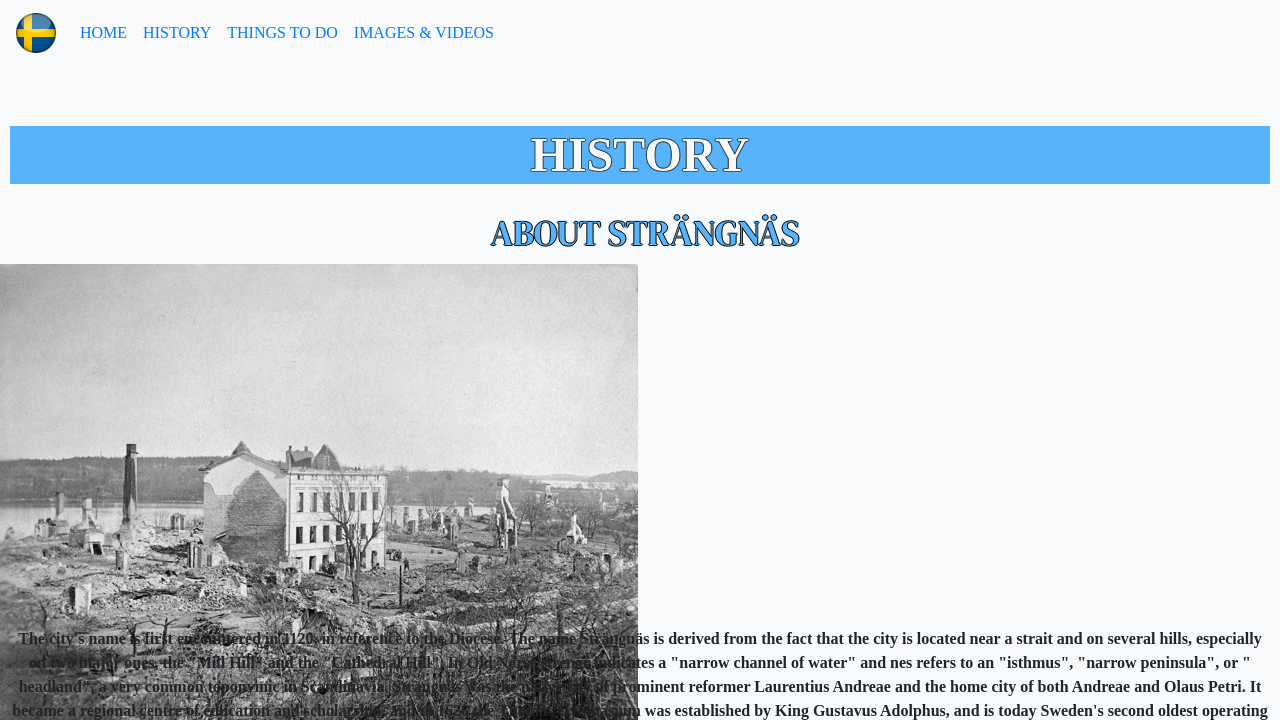
Repository: kososwede/first-project
Page: history.html
The author's editor kept a record of every edit. The page is drawn from the files as they stood at one moment, then again after the next edit.
The browser window is 1280 px wide. The pictures show the whole page.
An inner scrolling area shows only its first screen. Some web fonts or font styles are not loaded; a fallback is used.

Above is the page before.

### history.html
<!DOCTYPE html>
<html lang="en">

<head>
  <meta charset="UTF-8">
  <meta name="viewport" content="width=device-width, initial-scale=1.0">
  <meta http-equiv="X-UA-Compatible" content="ie=edge">
  <link rel="stylesheet" href="https://stackpath.bootstrapcdn.com/bootstrap/4.3.1/css/bootstrap.min.css" integrity="sha384-ggOyR0iXCbMQv3Xipma34MD+dH/1fQ784/j6cY/iJTQUOhcWr7x9JvoRxT2MZw1T" crossorigin="anonymous">
  <link rel="stylesheet" href="https://stackpath.bootstrapcdn.com/font-awesome/4.7.0/css/font-awesome.min.css" type="text/css" />
  <link rel="stylesheet" href="https://cdnjs.cloudflare.com/ajax/libs/ionicons/2.0.1/css/ionicons.min.css">
  <link rel="stylesheet" href="https://cdnjs.cloudflare.com/ajax/libs/hover.css/2.3.1/css/hover-min.css" integrity="sha256-c+C87jupO1otD1I5uyxV68WmSLCqtIoNlcHLXtzLCT0=" crossorigin="anonymous" />
  <link rel="stylesheet" href="assets/css/style.css" type="text/css" />
  <title>Welcome To Strängnäs</title>
  <title>Document</title>
</head>

<body>

  <!----------------------header-------------------------->

  <!----------nav------->

  <nav class="navbar navbar-expand-lg navbar-light bg-light">
    <a class="navbar-brand" href="index.html"><img class="image-size" src="assets/images/sweden-flag-png-1.png"></img></a>
    <button class="navbar-toggler" type="button" data-toggle="collapse" data-target="#navbarNavAltMarkup" aria-controls="navbarNavAltMarkup" aria-expanded="false" aria-label="Toggle navigation">
    <span class="navbar-toggler-icon"></span>
  </button>
    <div class="collapse navbar-collapse" id="navbarNavAltMarkup">
      <div class="navbar-nav">
        <a class="nav-item nav-link text-primary" href="index.html">HOME<span class="sr-only">(current)</span></a>
        <a class="nav-item nav-link text-primary" href="history.html">HISTORY</a>
        <a class="nav-item nav-link text-primary" href="places.html">THINGS TO DO</a>
        <a class="nav-item nav-link text-primary" href="images+videos.html">IMAGES & VIDEOS</a>
      </div>
    </div>
  </nav>



  <!---------------main------------------------------------>
  <div id="container">
    <h1 class="to-do">HISTORY</h1>
    <h2 class="to-do-sub-head1">ABOUT STRÄNGNÄS</h2>
    <div class="row">
      <div class="col-6">
        <img src="assets/images/history pic1.jpg" class="rounded float-center img-fluid"></img>
      </div>
      <div class="col-12">
        <p>The city's name is first encountered in 1120, in reference to the Diocese. The name Strängnäs is derived from the fact that the city is located near a strait and on several hills, especially on two major ones, the "Mill Hill" and the "Cathedral Hill". In Old Norse strengr indicates a "narrow channel of water" and nes refers to an "isthmus", "narrow peninsula", or " headland", a very common toponymic in Scandinavia. Strängnäs was the native city of prominent reformer Laurentius Andreae and the home city of both Andreae and Olaus Petri. It became a regional centre of education and scholarship, and in 1626 the Thomas Gymnasium was established by King Gustavus
          Adolphus, and is today Sweden's second oldest operating gymnasium.
        </p>
      </div>
      <div class="col-6">
        <img src="assets/images/history3.jpg" class="rounded float-center img-fluid"></img>
      </div>


      <div class="col-12">
        <p>The urban and economic development of Strängnäs seems to have slowed after the Reformation, only flourishing temporarily with the arrival of energetic bishops. The city was slow to engage with the 19th century industrial development and investment found in other areas. A significant fire in 1871 led to large-scale reconstruction of the city, from which time its current appearance stems.
        </p>
        <div class="col-12">
        <img src="assets/images/history pic2.jpg" class="rounded float-center img-fluid"></img>
      </div>

      </div>
    </div>
    <hr>
  </div>


  <!----------------------footer------------------------>
  <div class="footer-basic">
    <footer>
      <div class="social"><a href="#"><i class="icon ion-social-instagram"></i></a><a href="#"><i class="icon ion-social-snapchat"></i></a><a href="#"><i class="icon ion-social-twitter"></i></a><a href="#"><i class="icon ion-social-facebook"></i></a></div>
      <h2>For more information about Strängnäs and the surrounding area search for "Södermanland" in the social media links above or enter your Email below to receive up to date offers and discounts on activities and restaurants in the whole of Södermanland.</h3>
        <form class="form-inline justify-content-center">
          <div class="form-group">
            <input type="email" class="form-control" id="email" aria-describedby="emailHelp" placeholder="Enter email">
            <button type="submit" class="btn btn-primary">Submit</button>
          </div>
        </form>

    </footer>
    <p class="copyright">Chris McIlgrew © 2019</p>

  </div>





  <script src="https://code.jquery.com/jquery-3.3.1.slim.min.js" integrity="sha384-q8i/X+965DzO0rT7abK41JStQIAqVgRVzpbzo5smXKp4YfRvH+8abtTE1Pi6jizo" crossorigin="anonymous"></script>
  <script src="https://cdnjs.cloudflare.com/ajax/libs/popper.js/1.14.7/umd/popper.min.js" integrity="sha384-UO2eT0CpHqdSJQ6hJty5KVphtPhzWj9WO1clHTMGa3JDZwrnQq4sF86dIHNDz0W1" crossorigin="anonymous"></script>
  <script src="https://stackpath.bootstrapcdn.com/bootstrap/4.3.1/js/bootstrap.min.js" integrity="sha384-JjSmVgyd0p3pXB1rRibZUAYoIIy6OrQ6VrjIEaFf/nJGzIxFDsf4x0xIM+B07jRM" crossorigin="anonymous"></script>
</body>

</html>

### assets/css/style.css
@import url('https://fonts.googleapis.com/css?family=Sniglet&display=swap');
@import url('https://fonts.googleapis.com/css?family=Courgette&display=swap');
@import url('https://fonts.googleapis.com/css?family=DM+Serif+Display&display=swap');
body,
html {
    width: 100%;
    height: 100%;
    overflow-x: hidden;
}

body {
    font-family: 'Source Sans Pro';

}
 navbar {
     margin-right: 10px;
 }


.image-size {
    height: 40px;
}


.masthead {
    min-height: 30rem;
    position: relative;
    display: table;
    width: 100%;
    height: 100%;
    padding-top: 0rem;
    padding-bottom: 0rem;
    background: -webkit-gradient(linear, left top, right top, from(rgba(255, 255, 255, 0.1)), to(rgba(255, 255, 255, 0.1))), url("../images/viewofstrangnas.jpg");
    background: linear-gradient(90deg, rgba(255, 255, 255, 0.1) 0%, rgba(255, 255, 255, 0.1) 100%), url("../images/viewofstrangnas.jpg");
    background-image: url(../images/viewofstrangnas.jpg);
    background-position: center center;
    background-repeat: no-repeat;
    background-size: cover;

}

h1 {
    font-weight: bolder;
    color: #dece0e;
    text-shadow: #000 0px 0px 1px, #000 0px 0px 1px, #000 0px 0px 1px,
    #000 0px 0px 1px, #000 0px 0px 1px, #000 0px 0px 1px;
    font-size: 3rem;

}

h3 {
    color: #fff;
    text-shadow: #000 0px 0px 1px, #000 0px 0px 1px, #000 0px 0px 1px,
    #000 0px 0px 1px, #000 0px 0px 1px, #000 0px 0px 1px;
}



/*-------------------------------------places-------------------------*/

.to-do {
    color: #f8f9fa;
    background-color: #56b3fc;
    text-align: center;
    margin-top: 50px;

}

.to-do-sub-head1 {
    font-family: 'DM Serif Display', serif;
    padding-left: 10px;
    padding-top: 20px;
    font-size: 35px;
    color: #56b3fc ;
     text-shadow: -1px 0 black, 0 1px black, 1px 0 black, 0 -1px black;
}





#container {
    padding: 10px;
    margin-left: 0px;
    margin-right: 0px;
    display: inline-block;
    text-align: center;
    background-color: #f8f9fa;
}

.img.fluid {
    max-width: 100%;
    height: auto;
}

.col-6 {
    padding: 2px;
    text-align: center;
    height: 365px;
    width: 550px;
}


p {
    font-weight: bold;
}

hr {
    width: 50%;
}

/*-----------------------------------------footer--*/

.footer-basic {
    padding: 0px 0;
    background-color: #f8f9fa;
    color: #4b4c4d;
}

.footer-basic ul {
    padding-left: 50px;
    padding-right: 50px;
    list-style: none;
    text-align: center;
    font-size: 18px;
    line-height: 1.6;
    margin-bottom: 0;
}

.footer-basic li {
    padding: 0 10px;
}

.footer-basic ul a {
    color: inherit;
    text-decoration: none;
    opacity: 0.8;
}

.footer-basic ul a:hover {
    opacity: 1;
}

.footer-basic .social {
    text-align: center;
    padding-bottom: 25px;
    padding-top: 25px;
}

.footer-basic .social>a {
    font-size: 24px;
    width: 40px;
    height: 40px;
    line-height: 40px;
    display: inline-block;
    text-align: center;
    border-radius: 50%;
    border: 1px solid #ccc;
    margin: 0 8px;
    color: inherit;
    opacity: 0.75;

}

.footer-basic .social>a:hover {
    opacity: 0.9;
}

.footer-basic .copyright {
    margin-top: 15px;
    text-align: center;
    font-size: 13px;
    color: #aaa;
    margin-bottom: 0;
    padding-bottom: 15px;
}

.footer-basic h2 {
    font-size: 25px;
    font-style: italic;
    margin-left: 50px;
    margin-right: 50px;
    text-align: center;
}

btn {
    margin-top: 0;
}

/*-----------------------------history---*/

.col-lg-6 {
padding: 0;
margin: 0;
}

.content-section {
 padding-top: 0px;
 padding-right: 0;
 background-color: royalblue;


}

.history-color {
 color: #fff;
 text-decoration: underline yellow;
 }

  .col-lg-4 {
  width: 100%;
 }

After the next edit:
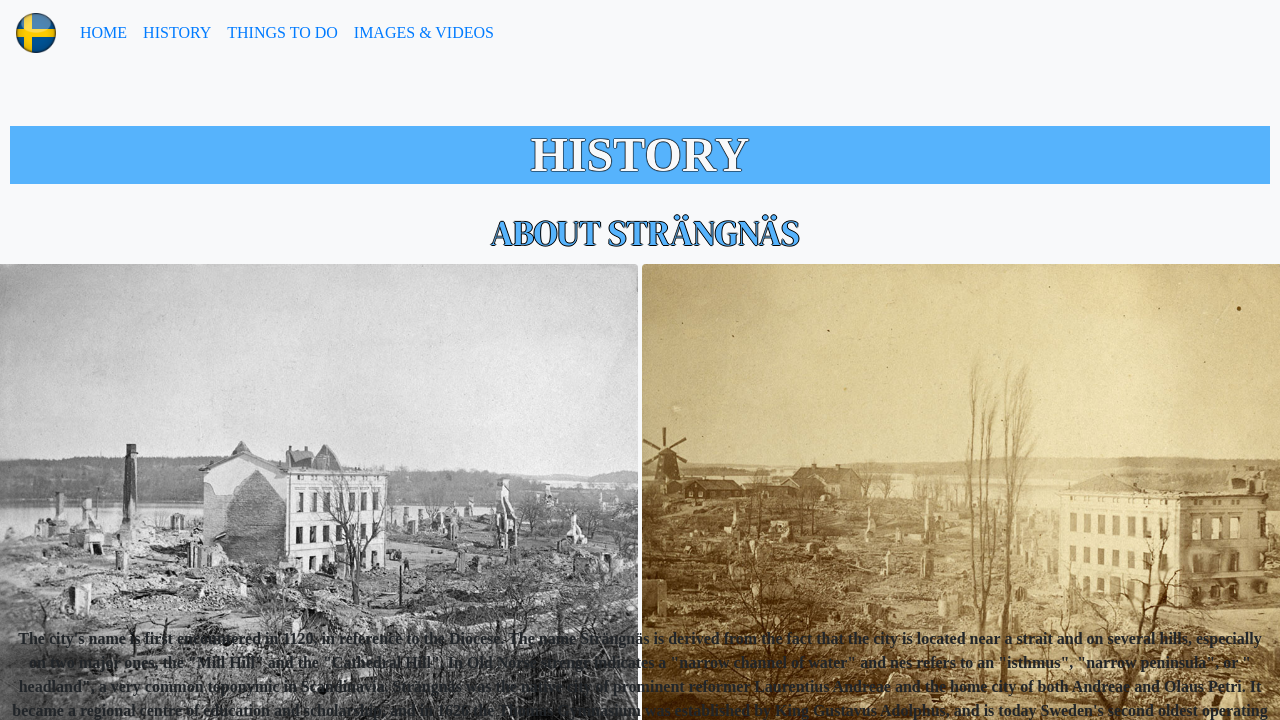
The edit:
--- a/history.html
+++ b/history.html
@@ -44,6 +44,9 @@
     <div class="row">
       <div class="col-6">
         <img src="assets/images/history pic1.jpg" class="rounded float-center img-fluid"></img>
+      </div>
+      <div class="col-6">
+        <img src="assets/images/history3.jpg" class="rounded float-center img-fluid"></img>
       </div>
       <div class="col-12">
         <p>The city's name is first encountered in 1120, in reference to the Diocese. The name Strängnäs is derived from the fact that the city is located near a strait and on several hills, especially on two major ones, the "Mill Hill" and the "Cathedral Hill". In Old Norse strengr indicates a "narrow channel of water" and nes refers to an "isthmus", "narrow peninsula", or " headland", a very common toponymic in Scandinavia. Strängnäs was the native city of prominent reformer Laurentius Andreae and the home city of both Andreae and Olaus Petri. It became a regional centre of education and scholarship, and in 1626 the Thomas Gymnasium was established by King Gustavus
